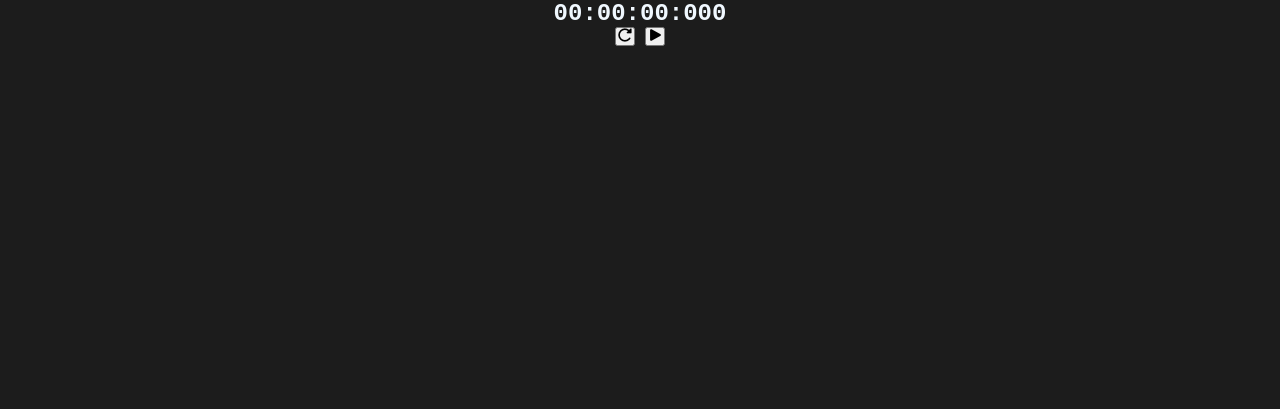
Repository: ValdemarCaculo/TEMPORIZADOR
Page: index.html
The author's editor kept a copy of each file at every save. The page is drawn from the files as they stood at one save, then again after the next save.
The browser window is 1280 px wide. The pictures show the whole page.
Some web libraries are served in a nearby version.

Above is the page before, as saved 2025-12-06 14:16:05.

After the next save:
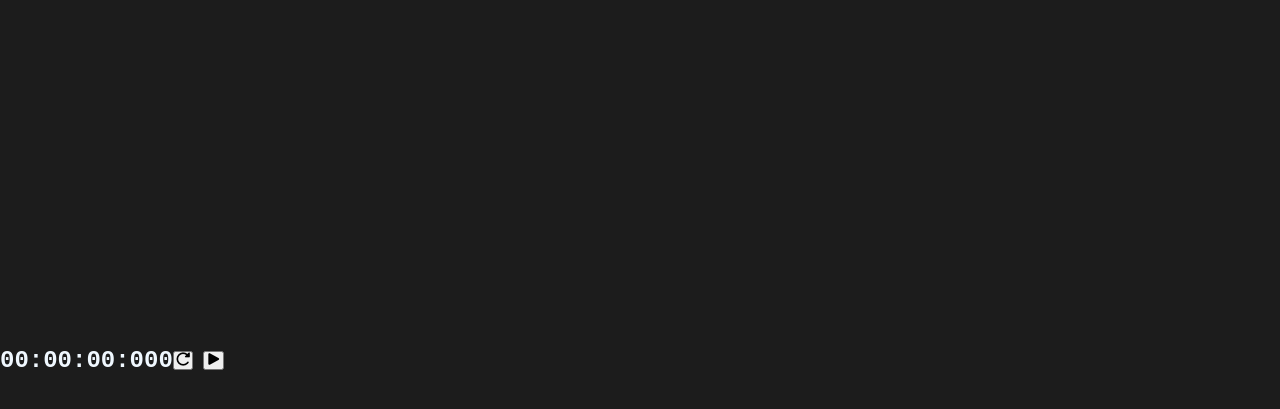
Saved 16 s later.
--- a/CSS/style.css
+++ b/CSS/style.css
@@ -7,7 +7,7 @@
 
 body {
     display: flex;
-    flex-direction: column;
+
     background-color: #1c1c1c;
     color: aliceblue;
     align-items: center;

After the save that followed:
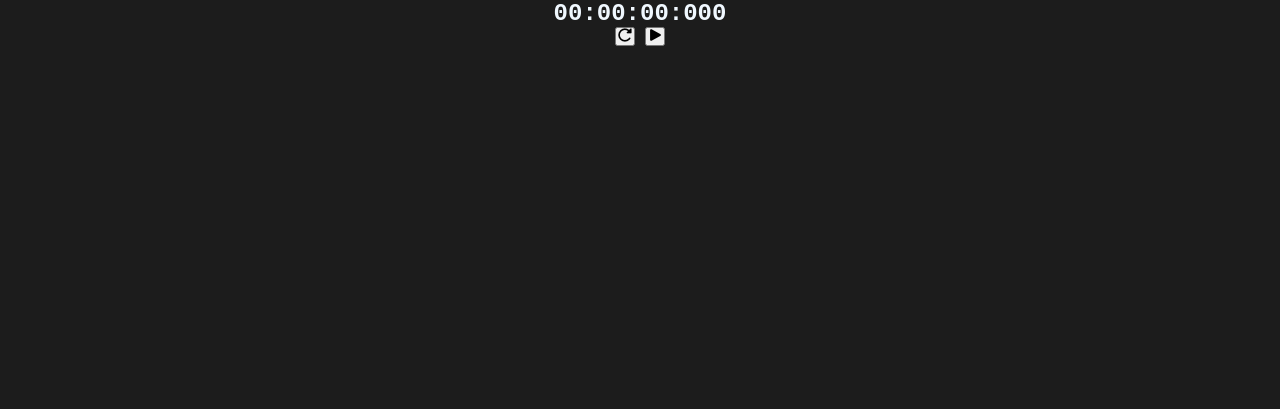
Saved 4 s later.
--- a/CSS/style.css
+++ b/CSS/style.css
@@ -7,7 +7,7 @@
 
 body {
     display: flex;
-
+    flex-direction: column;
     background-color: #1c1c1c;
     color: aliceblue;
     align-items: center;
